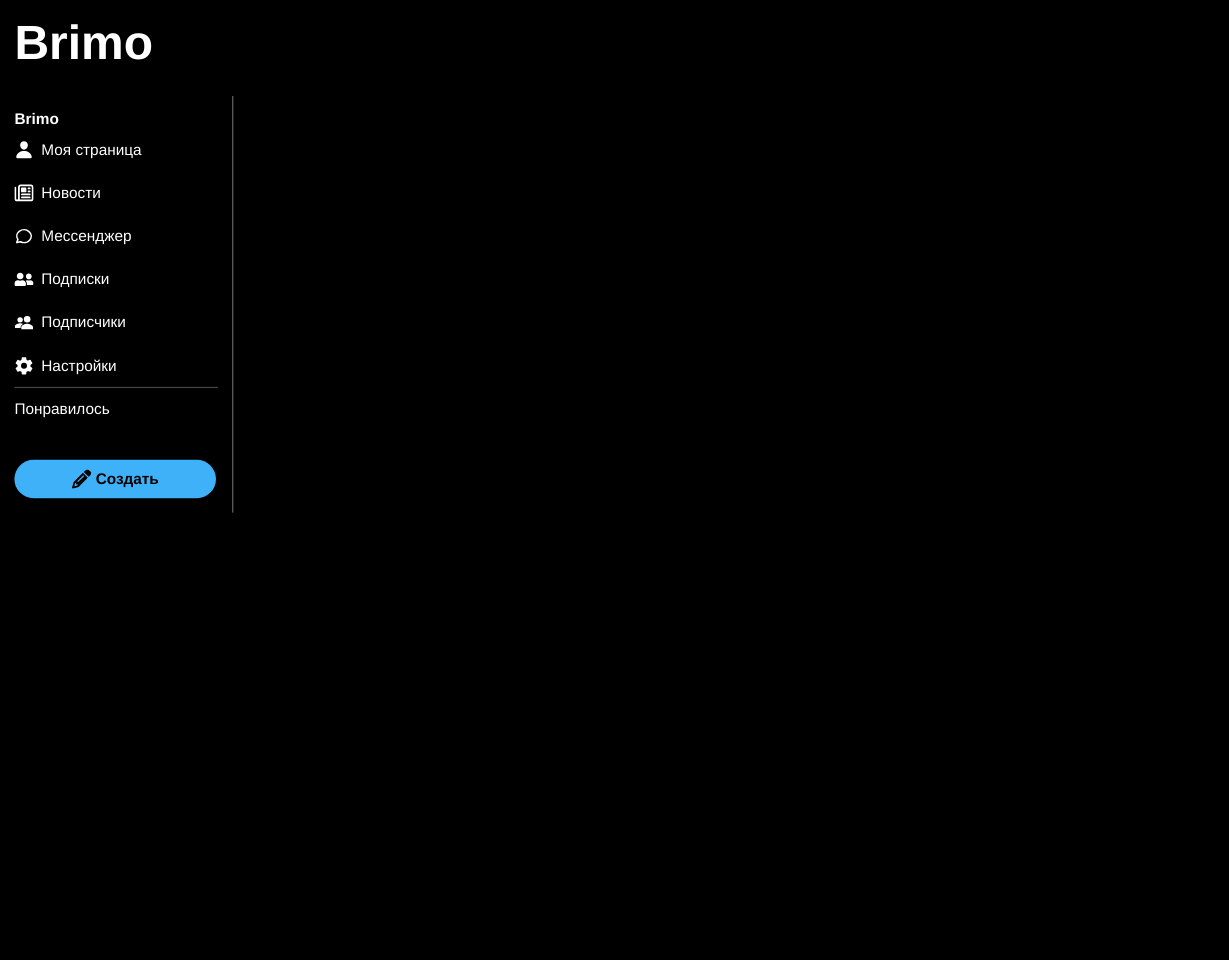
Repository: MaksimKrupkin/socialNetwork
Page: / (app in frontend/socialNetworkFrontend/)
These files come from the project's save history. The page is drawn as it stood at one moment and after the next save; the edit follows.
The browser window is 1280 px wide. The pictures show the whole page, at 96% of full size.
The project was rebuilt for these pictures with package versions that can differ from the ones it lists, and the page was loaded fresh each time. Also part of the build but not shown: frontend/socialNetworkFrontend/vite.config.js, frontend/socialNetworkFrontend/src/index.css.

Above is the page before, as saved 2024-11-27 20:24:26.

### frontend/socialNetworkFrontend/index.html
<!DOCTYPE html>
<html lang="en">
  <head>
    <meta charset="UTF-8" />
    <link rel="icon" type="image/svg+xml" href="/vite.svg" />
    <meta name="viewport" content="width=device-width, initial-scale=1.0" />
    <title>Brimo</title>
  </head>
  <body>
    <div id="root"></div>
    <script type="module" src="/src/main.jsx"></script>
  </body>
</html>

### frontend/socialNetworkFrontend/src/App.jsx
import './App.css';
import { Routes, Route } from 'react-router-dom';
import MainPage from './Pages/MainPage/MainPage';

function App() {
  return (
    <div>
      <Routes>
        <Route path="/" element={<MainPage />} />
      </Routes>
    </div>
  );
}

export default App;

### frontend/socialNetworkFrontend/src/Pages/MainPage/MainPage.jsx
import React from 'react';
import styles from './MainPage.module.scss';
import Navigation from '../../Components/Navigation/Navigation';

function MainPage() {
  return (
    <div className={styles.wrapper}>
      <header className={styles.header}>
        <div className={styles.logo}>Brimo</div>
      </header>
      <Navigation />
    </div>
  );
}
export default MainPage;

### frontend/socialNetworkFrontend/src/Pages/MainPage/MainPage.module.scss
.wrapper {
  margin: 0 auto;
  background-color: black;
  width: 100%;
  height: 1000px;
  color: white;
  font-weight: 700;
  font-family: 'Favorit Modern', 'Helvetica Neue', 'HelveticaNeue', Arial, Helvetica, sans-serif;
  .header {
    height: 100px;
    padding: 15px;
    .logo {
      font-size: 50px;
    }
  }
}

### frontend/socialNetworkFrontend/src/Components/Navigation/Navigation.jsx
import React from 'react';
import styles from './Navigation.module.scss';
import { FaRegNewspaper } from 'react-icons/fa6';
import { TbMessageCircle } from 'react-icons/tb';
import { IoPerson } from 'react-icons/io5';
import { FaUserFriends } from 'react-icons/fa';
import { IoPeopleSharp } from 'react-icons/io5';
import { IoSettingsSharp } from 'react-icons/io5';
import { FaPencil } from 'react-icons/fa6';

const Navigation = () => {
  return (
    <div className={styles.wrapper}>
      <header className={styles.header}>
        <div className={styles.logo}>Brimo</div>
      </header>
      <div className={styles.item}>
        <IoPerson fontSize={20} />
        <span className={styles.text}>Моя страница</span>
      </div>
      <div className={styles.item}>
        <FaRegNewspaper fontSize={20} />
        <span className={styles.text}>Новости</span>
      </div>
      <div className={styles.item}>
        <TbMessageCircle fontSize={20} />
        <span className={styles.text}>Мессенджер</span>
      </div>
      <div className={styles.item}>
        <FaUserFriends fontSize={20} />
        <span className={styles.text}>Подписки</span>
      </div>
      <div className={styles.item}>
        <IoPeopleSharp fontSize={20} />
        <span className={styles.text}>Подписчики</span>
      </div>
      <div className={styles.item}>
        <IoSettingsSharp fontSize={20} />
        <span className={styles.text}>Настройки</span>
      </div>
      <hr className={styles.line} />
      <div className={styles.item}>
        <span className={styles.text}>Понравилось</span>
      </div>
      <div className={styles.create_new}>
        <FaPencil style={{ color: 'black', fontSize: '20px' }} />
        <span className={styles.button_text}>Создать</span>
      </div>
    </div>
  );
};

export default Navigation;

### frontend/socialNetworkFrontend/src/Components/Navigation/Navigation.module.scss
.wrapper {
  width: 19%;
  margin-top: 0px;
  padding: 15px;
  overflow-y: hidden;
  border-right: 1px solid gray;
}
.item {
  height: 45px;
  display: flex;
  align-items: center;
  justify-content: flex-start;
  gap: 8px;
}
.text {
  font-size: 16px;
  font-weight: 300;
}
.line {
  width: 100%;
  height: 0.5px;
  background-color: rgb(83, 83, 90);
  border: none;
}

.create_new {
  margin-top: 30px;
  width: 99%;
  height: 40px;
  background-color: rgb(63, 177, 248);
  border-radius: 25px;
  display: flex;
  justify-content: center;
  align-items: center;
  gap: 5px;
  .button_text {
    color: black;
  }
}

Loaded but not shown: frontend/socialNetworkFrontend/src/main.jsx (common file); frontend/socialNetworkFrontend/src/App.css (common file)

After the next save:
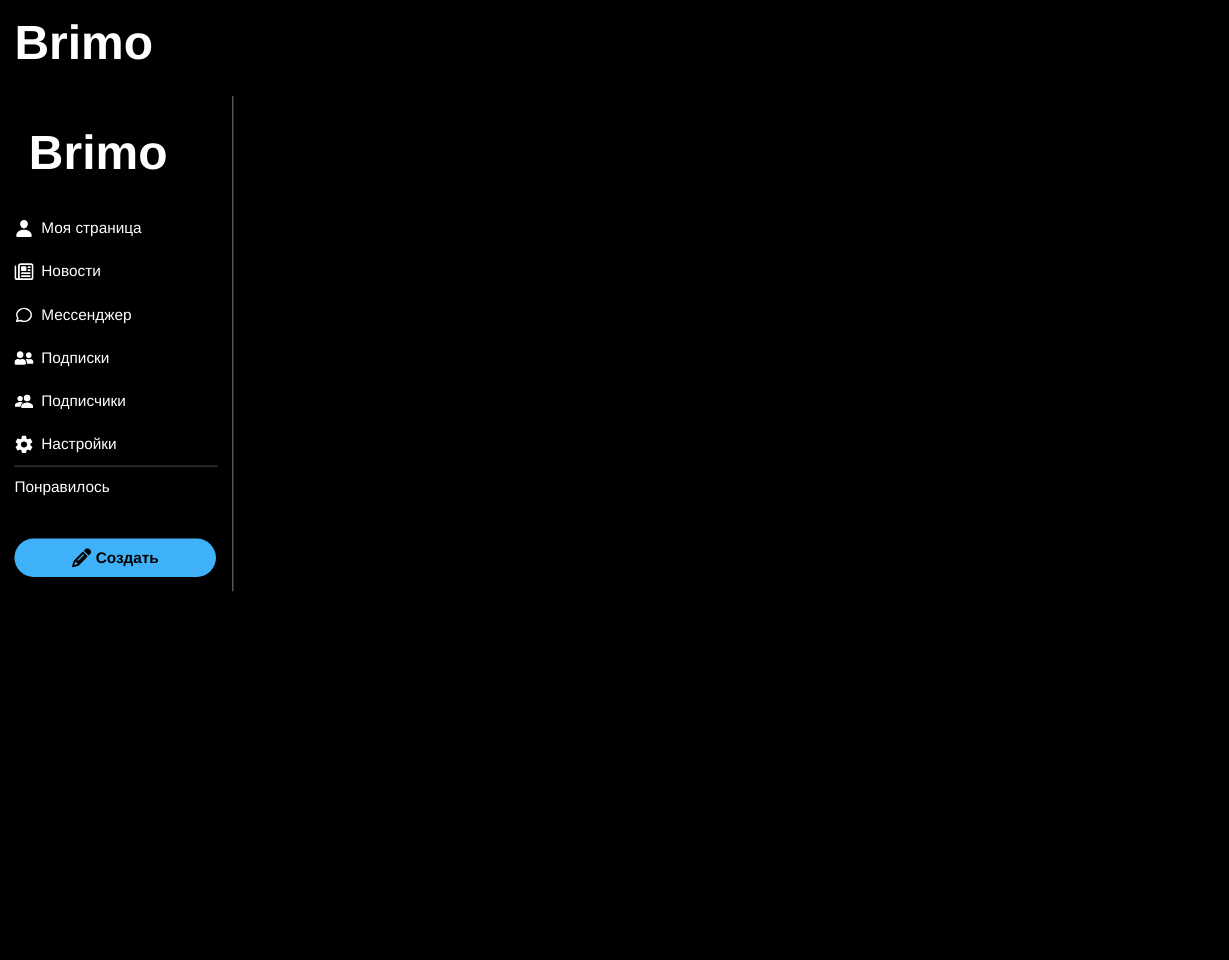
Saved 5 s later.
--- a/frontend/socialNetworkFrontend/src/Components/Navigation/Navigation.module.scss
+++ b/frontend/socialNetworkFrontend/src/Components/Navigation/Navigation.module.scss
@@ -4,6 +4,13 @@
   padding: 15px;
   overflow-y: hidden;
   border-right: 1px solid gray;
+}
+.header {
+  height: 100px;
+  padding: 15px;
+  .logo {
+    font-size: 50px;
+  }
 }
 .item {
   height: 45px;
